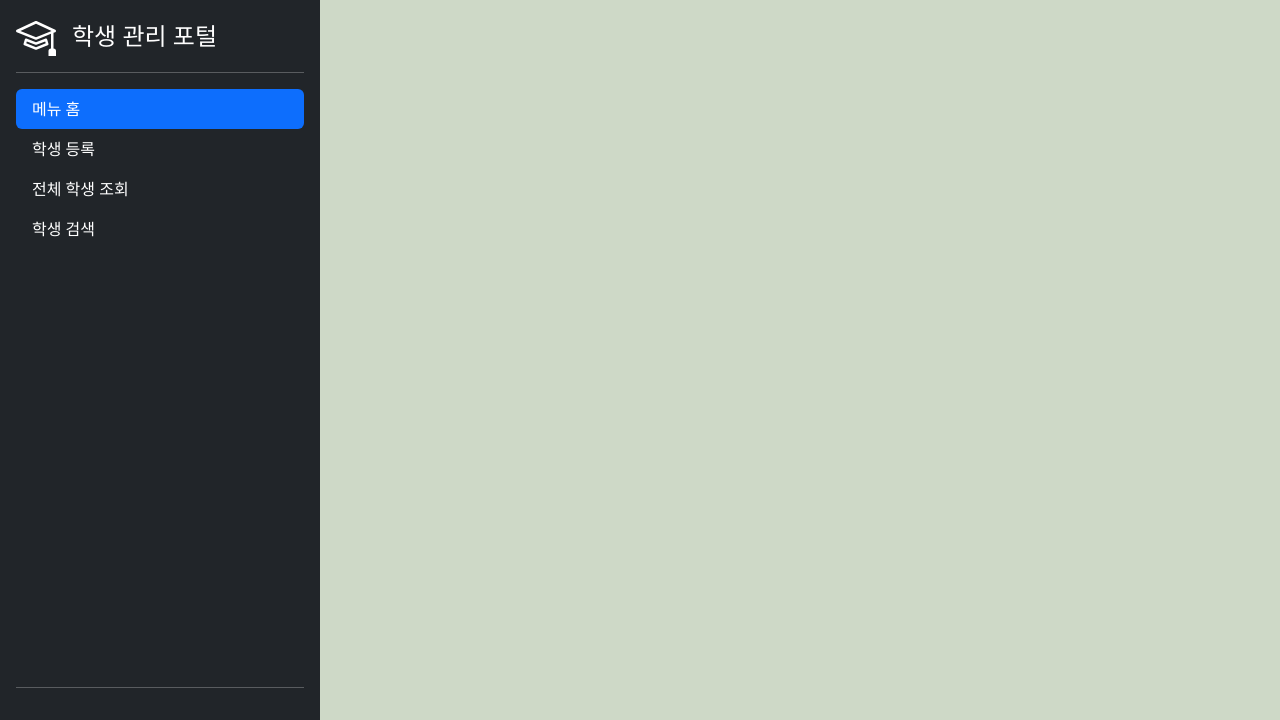
Repository: invisibleufo101/StudentManagementWeb
Page: HSW_Web/src/main/webapp/index.html
An editor plug-in stored every save of this project. The page is shown before and after a run of saves, followed by the edit.
The browser window is 1280 px wide. The pictures show the whole page.

Above is the page before, as saved 2024-09-19 10:46:07.

After the next 2 saves:
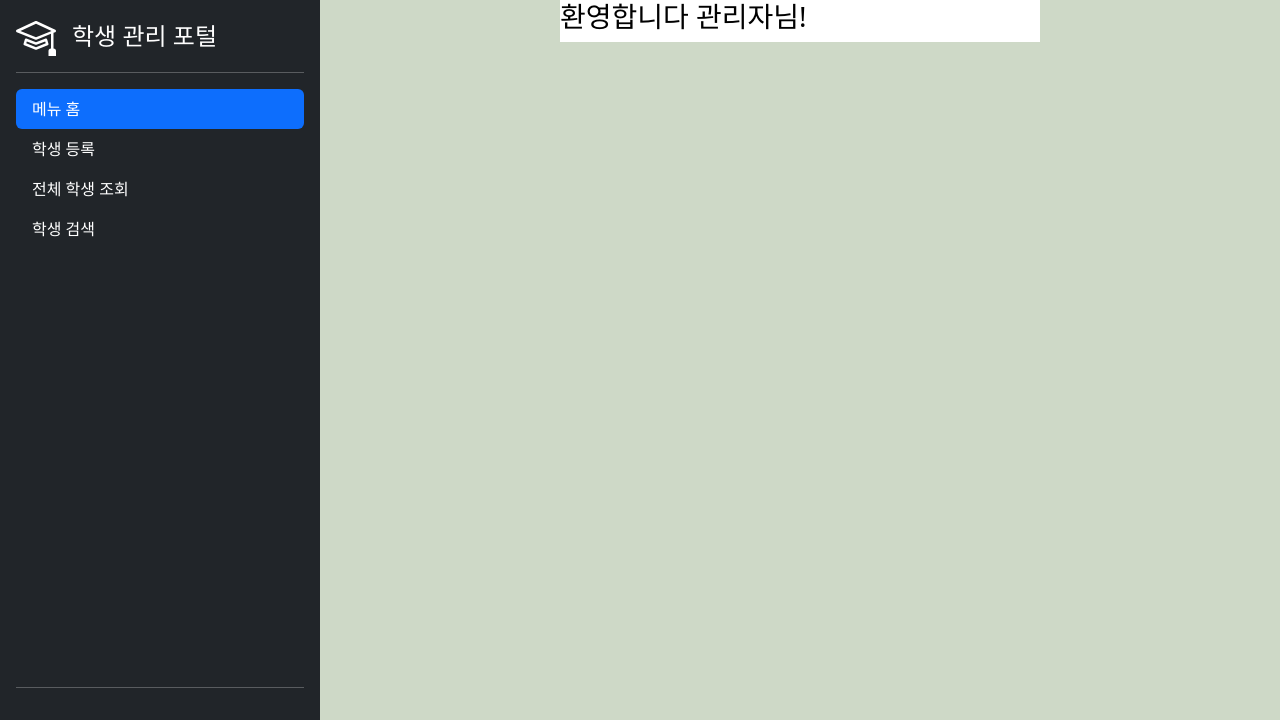
The 2 saves are shown as one change because they came seconds apart.
The last was saved 22 s later.
--- a/HSW_Web/src/main/webapp/index.html
+++ b/HSW_Web/src/main/webapp/index.html
@@ -47,7 +47,9 @@
 		<!-- End of Navbar -->
 		<section style="width: 75vw; height: auto; background-color: #ced9c7;">
 			<div class="d-flex justify-content-center align-items-center">
-				<div class="h-50 w-50 bg-white"></div>
+				<div class="h-50 w-50 bg-white">
+					<h3 class="text-black">환영합니다 관리자님!</h3>
+				</div>
 			</div>
 		</section>
 	</main>
